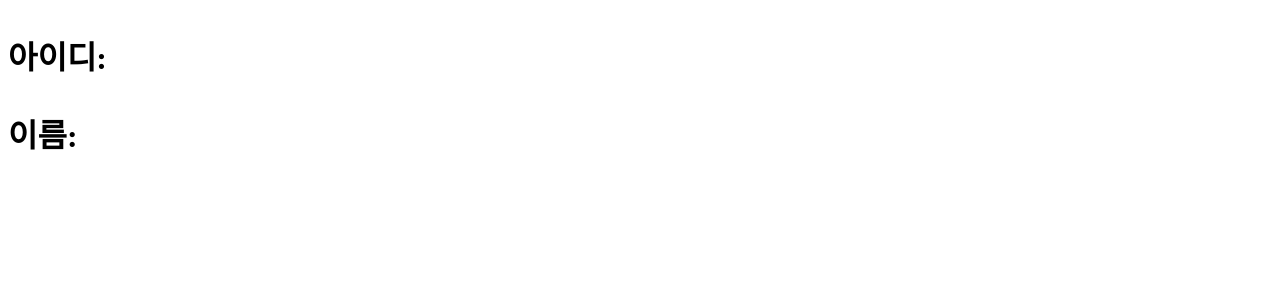
Repository: Hyosang56/Servlet
Page: http://localhost/JSPFirst240819/JSPEx/ActionTagEx/getProperty02.jsp
The author's editor kept a copy of each file at every save. The page is drawn from the files as they stood at one save, then again after a run of saves.
The browser window is 1280 px wide. The pictures show the whole page.
The page is served by Tomcat 10. Other server files are loaded and not shown.

Above is the page before, as saved 2024-08-20 02:43:09.

### JSPFirst240819/src/main/webapp/JSPEx/ActionTagEx/getProperty02.jsp
<%@ page language="java" contentType="text/html; charset=UTF-8"
    pageEncoding="UTF-8"%>
<!DOCTYPE html>
<html>
<head>
<meta charset="UTF-8">
<title>getProperty02.jsp 파일</title>
</head>
<body>
		<jsp:useBean id="heungmin"
   class="ch04.com.dao.Person" scope="request" />
   	<jsp:setProperty name="heungmin"
      property="id" value="20249876" />
   <jsp:setProperty name="heungmin"
      property="name" value="손흥민" />
    <h1>
    	<p>아이디: <jsp"getProperty name="gildong"
   			property="id" />
		<p>이름: <jsp"getProperty name="gildong"
   			property="name" />
   </h1>
</body>
</html>

### JSPFirst240819/src/main/java/ch04/com/dao/Person.java
package ch04.com.dao;

import java.io.Serializable;

public class Person implements Serializable{
	private int id = 20241004;
	private String name = "홍길동";

	public Person() {

	}
	public int getId() {
		return id;
   }public void setId(int id) {
	   this.id = id;
   }
   public String getName() {
	   return name;
   }

   public void setName(String name) {
	   this.name = name;
   }

}

After the next 2 saves:
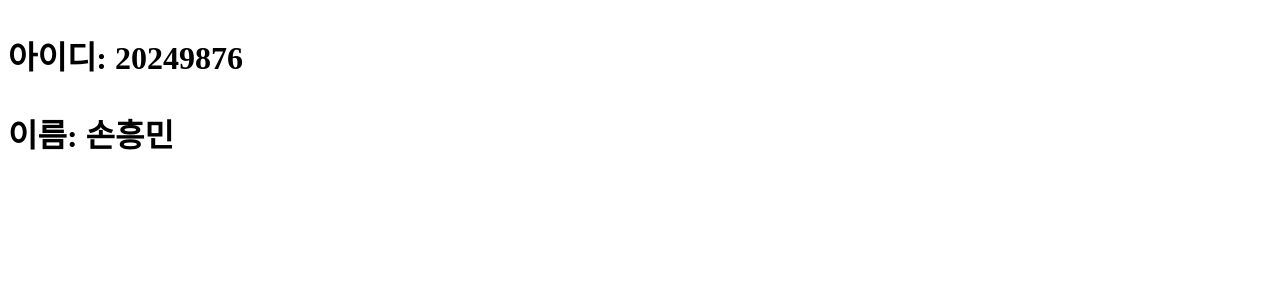
The 2 saves are shown as one change because 1 did not build or start.
The last was saved 64 s later.
--- a/JSPFirst240819/src/main/webapp/JSPEx/ActionTagEx/getProperty02.jsp
+++ b/JSPFirst240819/src/main/webapp/JSPEx/ActionTagEx/getProperty02.jsp
@@ -14,9 +14,9 @@
    <jsp:setProperty name="heungmin"
       property="name" value="손흥민" />
     <h1>
-    	<p>아이디: <jsp"getProperty name="gildong"
+    	<p>아이디: <jsp:getProperty name="heungmin"
    			property="id" />
-		<p>이름: <jsp"getProperty name="gildong"
+		<p>이름: <jsp:getProperty name="heungmin"
    			property="name" />
    </h1>
 </body>
